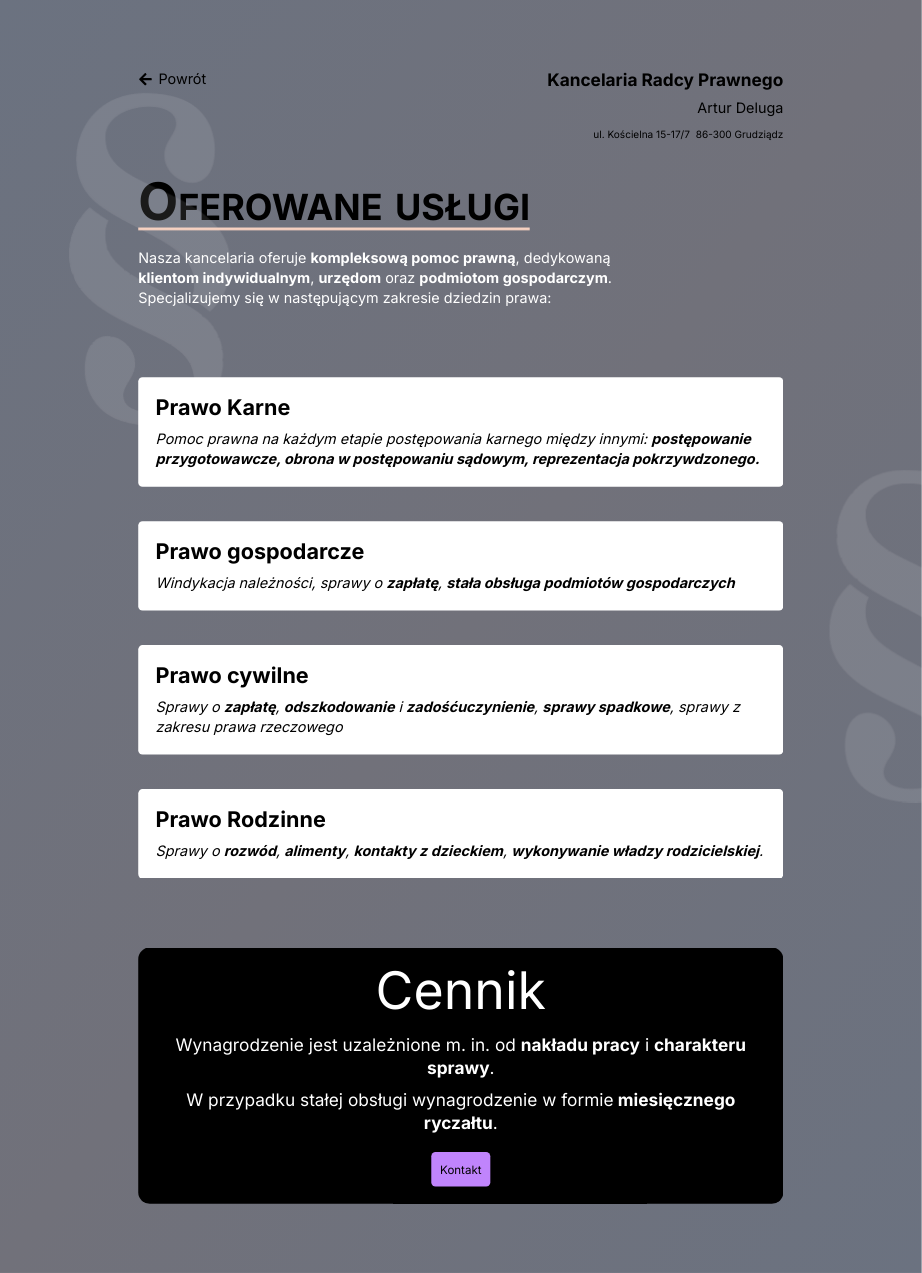
Repository: wesiudev/kancelaria-artur-deluga
Page: /oferta
The author's editor kept a copy of each file at every save. The page is drawn from the files as they stood at one save, then again after the next save.
The browser window is 1280 px wide. The pictures show the whole page, at 72% of full size.
The project was rebuilt for these pictures with package versions that can differ from the ones it lists, and the page was loaded fresh each time. The framework's server and built-in components were replaced by stand-ins that run in the browser. Also part of the build but not shown: next.config.js.

Above is the page before, as saved 2023-08-09 16:43:06.

### app/layout.tsx
import "./globals.css";
import type { Metadata } from "next";
import { Inter } from "next/font/google";

const inter = Inter({ subsets: ["latin"] });

export const metadata: Metadata = {
  title: "Kancelaria Radcy Prawnego Artur Deluga",
  description:
    "Kancelaria Radcy Prawnego Grudziądz Prawo Karne, Pracwo cywilne, Prawo gospodarcze, Prawo Rodzinne. ul. Kościelna 15-17/7 86-300 Grudziądz. Pomoc prawna na każdym etapie postępowania karnego (postępowanie przygotowawcze, obrona w postępowaniu sądowym, reprezentacja pokrzywdzonego, etc.)",
  viewport: "width=device-width, initial-scale=1",
  icons: {
    icon: "/favicon.png",
  },
};

export default function RootLayout({
  children,
}: {
  children: React.ReactNode;
}) {
  return (
    <html lang="pl" className="scroll-smooth ">
      <body className={inter.className}>{children}</body>
    </html>
  );
}

### app/oferta/page.tsx
"use client";
import Image from "next/image";
import paragraphImage from "@/app/assets/paragraph.png";
import Link from "next/link";
import { FaArrowLeft } from "react-icons/fa";
import { useState } from "react";
const sendContactForm = async (data: any) =>
  fetch("/api/mail", {
    method: "POST",
    body: JSON.stringify(data),
    headers: { "Content-Type": "application/json", Accept: "application/json" },
  }).then((res) => {
    if (!res.ok) throw new Error("Failed to send message");
    return res.json();
  });

export default function OfferMobile() {
  const [isContactOpen, setContactOpen] = useState(false);
  const [firstName, setFirstName] = useState<string>("");
  const [email, setEmail] = useState<string>("");
  const [message, setMessage] = useState<string>("");

  const onSubmit = async () => {
    try {
      await sendContactForm({
        firstName: firstName,
        email: email,
        message: message,
      });
    } catch (error) {}
  };
  return (
    <div className="w-full mx-auto z-[2000] bg-gradient-to-br from-gray-500 via-zinc-500 to-gray-500 overflow-x-hidden text-black">
      <Image
        src={paragraphImage}
        alt="Paragraf obrazek w tle"
        width={224}
        height={224}
        className="fixed opacity-10 left-24 top-[50%] -translate-y-[50%]"
      />
      <div className="flex flex-col space-x-[100px] min-h-screen items-center py-24">
        <div className="flex flex-col w-[85vw] lg:w-[70vw] 2xl:w-[60vw] min-h-screen justify-center ">
          <Image
            src={paragraphImage}
            alt="Paragraf obrazek w tle"
            width={224}
            height={224}
            className="fixed opacity-10 -right-24 rotate-180"
          />
          <div className="flex flex-col justify-between w-full">
            <div className="flex flex-row justify-between">
              <div className="w-1/2">
                <Link
                  className="group flex flex-row items-center mb-12 text-xl w-max"
                  href="/"
                >
                  <FaArrowLeft className="mr-2" />
                  <span className="hover:underline hover:underline-offset-4">
                    {" "}
                    Powrót
                  </span>
                </Link>
              </div>
              <div>
                <h1 className="text-xl lg:text-2xl text-right sm:text-left font-bold">
                  Kancelaria Radcy Prawnego
                </h1>
                <div className="w-full flex justify-end">
                  <h2 className="text-xl mb-12 lg:mb-0 mt-2">Artur Deluga</h2>
                </div>
                <div
                  className={` flex-row space-x-2 text-sm justify-end mt-3 mb-12 hidden lg:flex`}
                >
                  <div>ul. Kościelna 15-17/7</div>
                  <div>86-300 Grudziądz</div>
                </div>
              </div>
            </div>

            <div className=" rounded-2xl  text-white">
              <div className="w-max">
                <h1 className="w-max text-4xl md:text-5xl lg:text-7xl text-black caps font-bold">
                  Oferowane usługi
                </h1>
                <div className="h-1 w-full mb-6 bg-rose-200 hue-rotate-30" />
              </div>

              <h2 className="text-left text-xl w-full lg:w-3/4 ">
                Nasza kancelaria oferuje{" "}
                <span className="font-bold"> kompleksową pomoc prawną</span>,
                dedykowaną{" "}
                <span className="font-bold">klientom indywidualnym</span>,{" "}
                <span className="font-bold">urzędom</span> oraz{" "}
                <span className="font-bold">podmiotom gospodarczym</span>.
                Specjalizujemy się w następującym zakresie dziedzin prawa:
              </h2>
            </div>
          </div>
          <div className="relative text-black flex flex-col space-y-12 mt-24">
            <div className="max-h-[50vh] border-0 hover:scale-105 duration-300 hover:bg-opacity-100 cursor-default  rounded-md bg-white  flex flex-col p-6 justify-between">
              <h1 className="text-xl lg:text-3xl font-bold">Prawo Karne</h1>
              <p className="text-sm sm:text-xl mt-3 italic">
                Pomoc prawna na każdym etapie postępowania karnego między
                innymi:{" "}
                <span className="font-bold">
                  postępowanie przygotowawcze, obrona w postępowaniu sądowym,
                  reprezentacja pokrzywdzonego.
                </span>
              </p>
            </div>
            <div className="max-h-[50vh] border-0 hover:scale-105 duration-300 hover:bg-opacity-100 cursor-default  rounded-md bg-white  flex flex-col justify-between p-6">
              <h1 className="text-xl lg:text-3xl font-bold">
                Prawo gospodarcze
              </h1>
              <p className="text-sm sm:text-xl mt-3 italic">
                Windykacja należności, sprawy o{" "}
                <span className="font-bold">zapłatę</span>,{" "}
                <span className="font-bold">
                  stała obsługa podmiotów gospodarczych
                </span>
              </p>
            </div>

            <div className="max-h-[50vh] border-0 hover:scale-105 duration-300 hover:bg-opacity-100 cursor-default rounded-md bg-white  flex flex-col p-6 justify-between">
              <h1 className="text-xl lg:text-3xl font-bold">Prawo cywilne</h1>
              <p className="text-sm sm:text-xl mt-3 italic">
                Sprawy o <span className="font-bold">zapłatę</span>,{" "}
                <span className="font-bold">odszkodowanie</span> i{" "}
                <span className="font-bold">zadośćuczynienie</span>,{" "}
                <span className="font-bold">sprawy spadkowe</span>, sprawy z
                zakresu prawa rzeczowego
              </p>
            </div>
            <div className="max-h-[50vh] border-0 hover:scale-105 duration-300 hover:bg-opacity-100 cursor-default rounded-md  bg-white  flex flex-col p-6 justify-between">
              <h1 className="text-xl lg:text-3xl font-bold">Prawo Rodzinne</h1>
              <p className="text-sm sm:text-xl mt-3 italic">
                Sprawy o <span className="font-bold">rozwód</span>,{" "}
                <span className="font-bold">alimenty</span>,{" "}
                <span className="font-bold">kontakty z dzieckiem</span>,{" "}
                <span className="font-bold">
                  wykonywanie władzy rodzicielskiej
                </span>
                .
              </p>
            </div>
          </div>
          <div className="text-white flex flex-col h-max my-auto px-3 lg:px-12  text-center relative w-full mt-12  lg:mx-auto lg:mt-24 bg-black py-3 lg:py-6 rounded-2xl">
            <h1 className="text-5xl lg:text-7xl ">Cennik</h1>
            <p className="mt-6 text-base lg:text-2xl">
              Wynagrodzenie jest uzależnione m. in. od{" "}
              <span className="font-bold"> nakładu pracy</span> i{" "}
              <span className="font-bold">charakteru sprawy</span>.
            </p>
            <p className="mt-3 text-sm lg:text-2xl">
              W przypadku stałej obsługi wynagrodzenie w formie
              <span className="font-bold"> miesięcznego ryczałtu</span>.
            </p>
            <button
              onClick={() => setContactOpen(true)}
              className=" p-3 bg-purple-400 hover:bg-purple-300 duration-300 text-black mt-6 w-max mx-auto rounded-md"
            >
              Kontakt
            </button>
          </div>
          <div
            className={` flex-row space-x-2 text-sm justify-center mt-12 flex lg:hidden z-[1000]`}
          >
            <div>ul. Kościelna 15-17/7</div>
            <div>86-300 Grudziądz</div>
          </div>
        </div>
      </div>
      <div
        className={`w-[80vw] fixed left-[50%] -translate-x-[50%] top-[50%] -translate-y-[50%] bg-gradient-to-bl from-black to-zinc-800 lg:w-max h-max px-12 rounded-3xl py-6 duration-300 ${
          isContactOpen ? "z-[2000] opacity-100" : "z-[-1000] opacity-0"
        }`}
      >
        <h1 className="text-3xl text-center">Kontakt</h1>

        <div className="flex flex-col space-y-3 mt-6 lg:mt-12">
          <div className="flex flex-col lg:flex-row lg:space-x-3">
            <div className="flex flex-col">
              Imię{" "}
              <input
                onChange={(e) => setFirstName(e.target.value)}
                value={firstName}
                id="fName"
                type="text"
                className="mt-2 text-black"
              />
            </div>
            <div className="flex flex-col mt-3 lg:mt-0">
              Email{" "}
              <input
                onChange={(e) => setEmail(e.target.value)}
                value={email}
                type="text"
                className="mt-2 text-black"
              />
            </div>
          </div>
          <div className="flex flex-col mt-2">
            Treść{" "}
            <textarea
              onChange={(e) => setMessage(e.target.value)}
              value={message}
              className="h-full resize-none text-black"
            ></textarea>
          </div>
        </div>
        <div className="w-full flex space-x-3">
          <button
            onClick={() => setContactOpen(false)}
            className="w-1/2 hover:underline py-2 mt-8"
          >
            Powrót
          </button>
          <button
            onClick={onSubmit}
            className="w-1/2 bg-purple-400 hover:bg-purple-300 duration-300 py-2 mt-8"
          >
            Wyślij
          </button>
        </div>
      </div>
    </div>
  );
}

### app/globals.css
@tailwind base;
@tailwind components;
@tailwind utilities;

:root {
  --foreground-rgb: 0, 0, 0;
  --background-start-rgb: 214, 219, 220;
  --background-end-rgb: 255, 255, 255;
}

@media (prefers-color-scheme: dark) {
  :root {
    --foreground-rgb: 255, 255, 255;
    --background-start-rgb: 0, 0, 0;
    --background-end-rgb: 0, 0, 0;
  }
}

body {
  color: rgb(var(--foreground-rgb));
  background: linear-gradient(
      to bottom,
      transparent,
      rgb(var(--background-end-rgb))
    )
    rgb(var(--background-start-rgb));
}

.expand {
  position: relative;
  text-decoration: none;
  display: inline-block;
}
.expand:after {
  display: block;
  content: "";
  border-bottom: solid 3px white;
  transform: scaleX(0);
  transition: transform 250ms ease-in-out;
  transform-origin: 100% 50%;
}
.expand:hover:after {
  transform: scaleX(1);
  transform-origin: 0 50%;
}

.caps {
  font-variant: small-caps;
}
html {
  scroll-behavior: smooth;
  color: #1a1a1a;
}

Loaded but not shown: tailwind.config.js (common file)

After the next save:
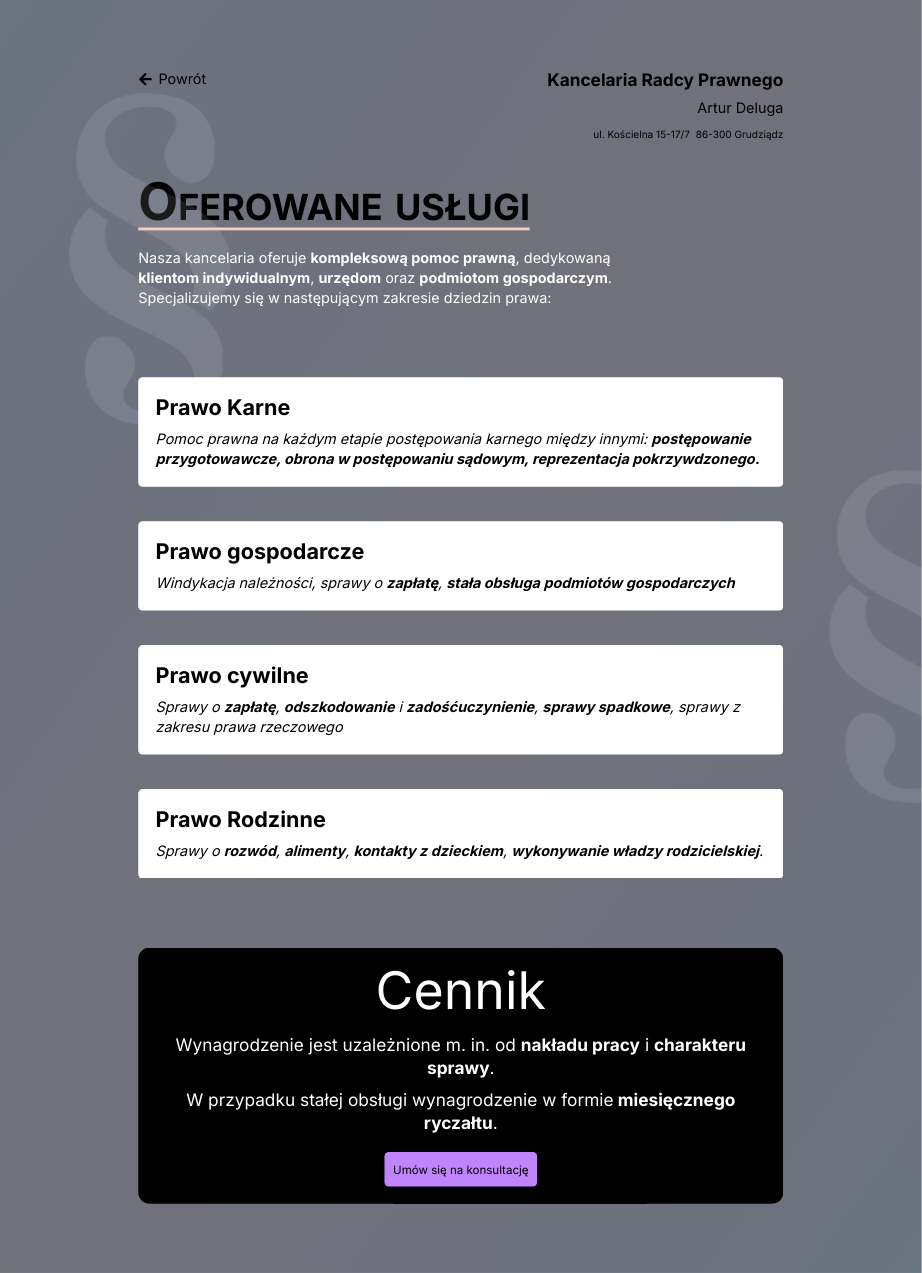
Saved 17 s later.
--- a/app/oferta/page.tsx
+++ b/app/oferta/page.tsx
@@ -159,7 +159,7 @@ export default function OfferMobile() {
               onClick={() => setContactOpen(true)}
               className=" p-3 bg-purple-400 hover:bg-purple-300 duration-300 text-black mt-6 w-max mx-auto rounded-md"
             >
-              Kontakt
+              Umów się na konsultację
             </button>
           </div>
           <div
